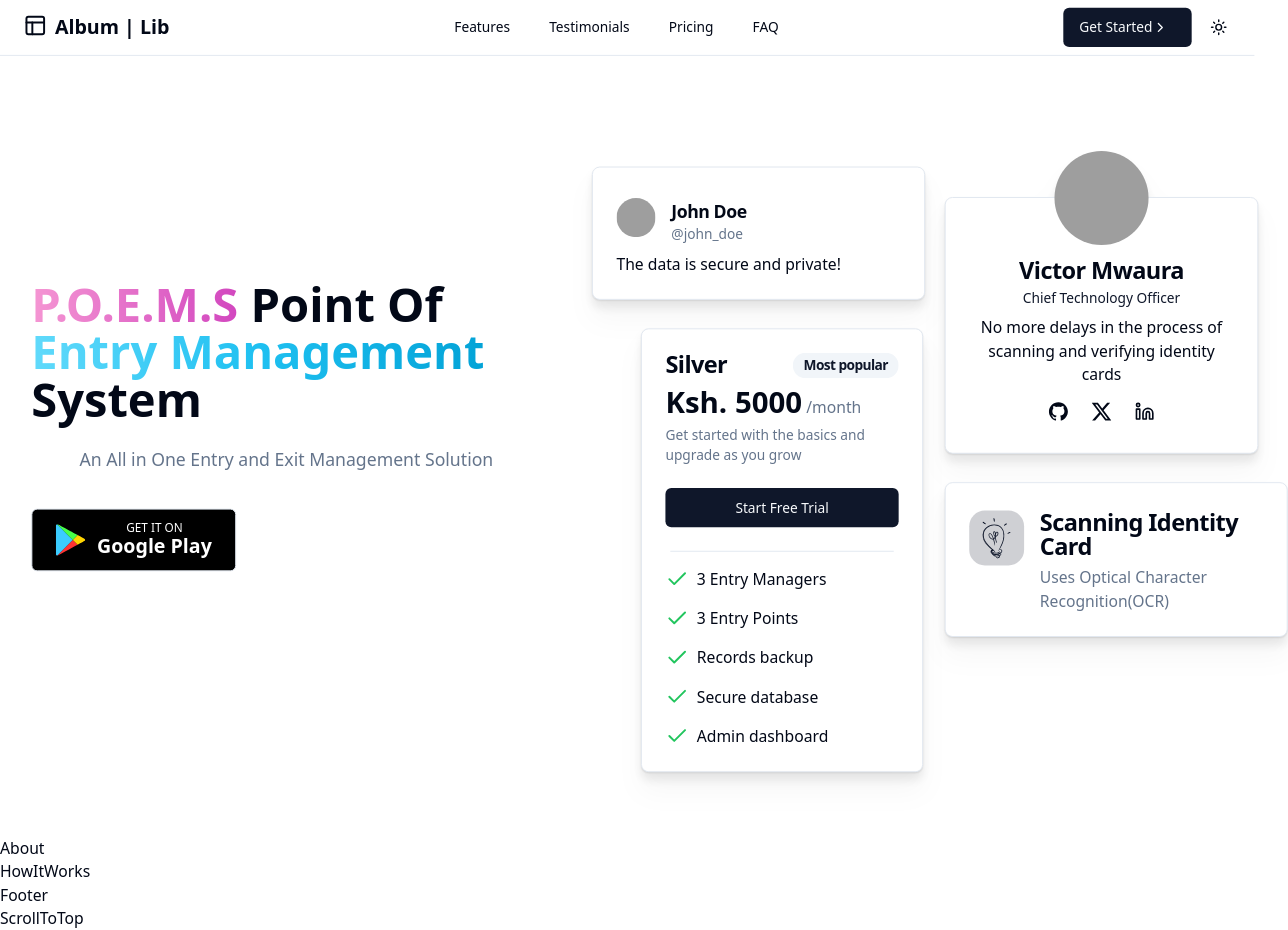
Repository: DevLaukey/savannah-informatics-test
Page: /
These files come from the project's save history. The page is drawn as it stood at one moment and after the next save; the edit follows.
The browser window is 1280 px wide. The page is 1314 px wide, so the pictures cover 1314 px, including what lies to the right of the window. The pictures show the whole page, at 98% of full size.
Pictures or frames that could not be fetched are drawn as grey boxes. The project was rebuilt for these pictures with package versions that can differ from the ones it lists, and the page was loaded fresh each time. The framework's server and built-in components were replaced by stand-ins that run in the browser. Also part of the build but not shown: next.config.mjs.

Above is the page before, as saved 2024-06-04 21:52:54.

### app/layout.jsx
import "./globals.css";
import { Inter as FontSans } from "next/font/google";

import { cn } from "@/lib/utils";
import { ThemeProvider } from "@/lib/theme-provider";

const fontSans = FontSans({
  subsets: ["latin"],
  variable: "--font-sans",
});

export default function RootLayout({ children }) {
  return (
    <html lang="en" suppressHydrationWarning>
      <head />
      <body
        className={cn(
          "min-h-screen bg-background font-sans antialiased",
          fontSans.variable
        )}
      >
        <ThemeProvider
          attribute="class"
          defaultTheme="system"
          enableSystem
          disableTransitionOnChange
        >
          {children}
        </ThemeProvider>
      </body>
    </html>
  );
}

### app/page.jsx
import Footer from "@/components/Footer";
import About from "@/components/landing-page/About";
import Hero from "@/components/landing-page/Hero";
import HowItWorks from "@/components/landing-page/HowItWorks";
import Navbar from "@/components/Navbar";
import ScrollToTop from "@/components/ScrollToTop";


// this is the landing page
export default function Home() {
  return (
    <>
      <Navbar />
      <Hero />
      <About />
      <HowItWorks />
      <Footer />
      <ScrollToTop />
    </>
  );
}

### components/landing-page/Hero.jsx
import { HeroCards } from "./HeroCards";
import { buttonVariants } from "@/components/ui/button";

const Hero = () => {
  return (
    <section className="container grid grid-cols-1 md:grid-cols-2 place-items-center py-20 md:py-32 gap-10">
      <div className="text-center md:text-left space-y-6">
        <main className="text-3xl md:text-5xl font-bold">
          <h1 className="inline-block">
            <span className="inline bg-gradient-to-r from-[#F596D3] to-[#D247BF] text-transparent bg-clip-text">
              P.O.E.M.S
            </span>{" "}
            Point
          </h1>{" "}
          Of{" "}
          <h2 className="inline-block">
            <span className="inline bg-gradient-to-r from-[#61DAFB] via-[#1fc0f1] to-[#03a3d7] text-transparent bg-clip-text">
              Entry Management
            </span>{" "}
            System
          </h2>
        </main>

        <p className="text-lg text-muted-foreground md:w-10/12 mx-auto">
          An All in One Entry and Exit Management Solution
        </p>

        <div className="space-y-4 md:space-y-0 md:space-x-4">
          <button
            type="button"
            className={`flex items-center justify-center w-full md:w-auto mt-3 text-white bg-black rounded-lg h-14 md:h-16 px-6 ${buttonVariants(
              {
                variant: "outline",
              }
            )}`}
          >
            <div className="mr-3">
              <svg viewBox="30 336.7 120.9 129.2" width="30">
                <path
                  fill="#FFD400"
                  d="M119.2,421.2c15.3-8.4,27-14.8,28-15.3c3.2-1.7,6.5-6.2,0-9.7  c-2.1-1.1-13.4-7.3-28-15.3l-20.1,20.2L119.2,421.2z"
                ></path>
                <path
                  fill="#FF3333"
                  d="M99.1,401.1l-64.2,64.7c1.5,0.2,3.2-0.2,5.2-1.3  c4.2-2.3,48.8-26.7,79.1-43.3L99.1,401.1L99.1,401.1z"
                ></path>
                <path
                  fill="#48FF48"
                  d="M99.1,401.1l20.1-20.2c0,0-74.6-40.7-79.1-43.1  c-1.7-1-3.6-1.3-5.3-1L99.1,401.1z"
                ></path>
                <path
                  fill="#3BCCFF"
                  d="M99.1,401.1l-64.3-64.3c-2.6,0.6-4.8,2.9-4.8,7.6  c0,7.5,0,107.5,0,113.8c0,4.3,1.7,7.4,4.9,7.7L99.1,401.1z"
                ></path>
              </svg>
            </div>
            <div>
              <div className="text-xs">GET IT ON</div>
              <div className="-mt-1 font-sans text-base md:text-xl font-semibold">
                Google Play
              </div>
            </div>
          </button>
        </div>
      </div>

      {/* Hero cards sections */}
      <div className="z-10">
        <HeroCards />
      </div>

      {/* Shadow effect */}
      <div className="shadow"></div>
    </section>
  );
};

export default Hero;

### components/landing-page/HowItWorks.jsx
import React from 'react'

function HowItWorks() {
  return (
    <div>HowItWorks</div>
  )
}

export default HowItWorks

### components/Navbar.jsx
"use client";
import React, { useState } from "react";
import {
  NavigationMenu,
  NavigationMenuItem,
  NavigationMenuList,
} from "@/components/ui/navigation-menu";
import {
  Sheet,
  SheetContent,
  SheetHeader,
  SheetTitle,
  SheetTrigger,
} from "@/components/ui/sheet";
import { Button, buttonVariants } from "./ui/button";
import { ChevronRight, Menu } from "lucide-react";
import ModeToggle from "./mode-toggle";
import { LogoIcon } from "./Icons";

const routeList = [
  {
    href: "#features",
    label: "Features",
  },
  {
    href: "#testimonials",
    label: "Testimonials",
  },
  {
    href: "#pricing",
    label: "Pricing",
  },
  {
    href: "#faq",
    label: "FAQ",
  },
];

const Navbar = () => {
  const [isOpen, setIsOpen] = useState(false);
  return (
    <header className="sticky border-b-[1px] top-0 z-40 w-full bg-white dark:border-b-slate-700 dark:bg-background">
      <NavigationMenu className="mx-auto">
        <NavigationMenuList className="container h-14 px-4 w-screen flex justify-between">
          <NavigationMenuItem className="font-bold flex">
            <a
              rel="noreferrer noopener"
              href="/"
              className="ml-2 font-bold text-xl flex"
            >
              <LogoIcon />
              Album | Lib
            </a>
          </NavigationMenuItem>

          {/* mobile */}
          <span className="flex md:hidden">
            <ModeToggle />

            <Sheet open={isOpen} onOpenChange={setIsOpen}>
              <SheetTrigger className="px-2">
                <Menu
                  className="flex md:hidden h-5 w-5"
                  onClick={() => setIsOpen(true)}
                >
                  <span className="sr-only">Menu Icon</span>
                </Menu>
              </SheetTrigger>

              <SheetContent side={"left"}>
                <SheetHeader>
                  <SheetTitle className="font-bold text-xl">
                    Shadcn/React
                  </SheetTitle>
                </SheetHeader>
                <nav className="flex flex-col justify-center items-center gap-2 mt-4">
                  {routeList.map(({ href, label }) => (
                    <a
                      rel="noreferrer noopener"
                      key={label}
                      href={href}
                      onClick={() => setIsOpen(false)}
                      className={buttonVariants({ variant: "ghost" })}
                    >
                      {label}
                    </a>
                  ))}
                  <Button>
                    Get Started
                    <ChevronRight className="mr-2 h-4 w-4" />
                  </Button>
                </nav>
              </SheetContent>
            </Sheet>
          </span>

          {/* desktop */}
          <nav className="hidden md:flex gap-2">
            {routeList.map((route, i) => (
              <a
                rel="noreferrer noopener"
                href={route.href}
                key={i}
                className={`text-[17px] ${buttonVariants({
                  variant: "ghost",
                })}`}
              >
                {route.label}
              </a>
            ))}
          </nav>

          <div className="hidden md:flex gap-2">
            <Button>
              Get Started
              <ChevronRight className="mr-2 h-4 w-4" />
            </Button>
            <ModeToggle />
          </div>
        </NavigationMenuList>
      </NavigationMenu>
    </header>
  );
};
export default Navbar;

### components/ScrollToTop.jsx
import React from 'react'

function ScrollToTop() {
  return (
    <div>ScrollToTop</div>
  )
}

export default ScrollToTop

### components/ui/button.jsx
import * as React from "react"
import { Slot } from "@radix-ui/react-slot"
import { cva } from "class-variance-authority";

import { cn } from "@/lib/utils"

const buttonVariants = cva(
  "inline-flex items-center justify-center whitespace-nowrap rounded-md text-sm font-medium ring-offset-background transition-colors focus-visible:outline-none focus-visible:ring-2 focus-visible:ring-ring focus-visible:ring-offset-2 disabled:pointer-events-none disabled:opacity-50",
  {
    variants: {
      variant: {
        default: "bg-primary text-primary-foreground hover:bg-primary/90",
        destructive:
          "bg-destructive text-destructive-foreground hover:bg-destructive/90",
        outline:
          "border border-input bg-background hover:bg-accent hover:text-accent-foreground",
        secondary:
          "bg-secondary text-secondary-foreground hover:bg-secondary/80",
        ghost: "hover:bg-accent hover:text-accent-foreground",
        link: "text-primary underline-offset-4 hover:underline",
      },
      size: {
        default: "h-10 px-4 py-2",
        sm: "h-9 rounded-md px-3",
        lg: "h-11 rounded-md px-8",
        icon: "h-10 w-10",
      },
    },
    defaultVariants: {
      variant: "default",
      size: "default",
    },
  }
)

const Button = React.forwardRef(({ className, variant, size, asChild = false, ...props }, ref) => {
  const Comp = asChild ? Slot : "button"
  return (
    (<Comp
      className={cn(buttonVariants({ variant, size, className }))}
      ref={ref}
      {...props} />)
  );
})
Button.displayName = "Button"

export { Button, buttonVariants }

### components/ui/sheet.jsx
"use client";
import * as React from "react"
import * as SheetPrimitive from "@radix-ui/react-dialog"
import { cva } from "class-variance-authority";
import { X } from "lucide-react"

import { cn } from "@/lib/utils"

const Sheet = SheetPrimitive.Root

const SheetTrigger = SheetPrimitive.Trigger

const SheetClose = SheetPrimitive.Close

const SheetPortal = SheetPrimitive.Portal

const SheetOverlay = React.forwardRef(({ className, ...props }, ref) => (
  <SheetPrimitive.Overlay
    className={cn(
      "fixed inset-0 z-50 bg-black/80  data-[state=open]:animate-in data-[state=closed]:animate-out data-[state=closed]:fade-out-0 data-[state=open]:fade-in-0",
      className
    )}
    {...props}
    ref={ref} />
))
SheetOverlay.displayName = SheetPrimitive.Overlay.displayName

const sheetVariants = cva(
  "fixed z-50 gap-4 bg-background p-6 shadow-lg transition ease-in-out data-[state=open]:animate-in data-[state=closed]:animate-out data-[state=closed]:duration-300 data-[state=open]:duration-500",
  {
    variants: {
      side: {
        top: "inset-x-0 top-0 border-b data-[state=closed]:slide-out-to-top data-[state=open]:slide-in-from-top",
        bottom:
          "inset-x-0 bottom-0 border-t data-[state=closed]:slide-out-to-bottom data-[state=open]:slide-in-from-bottom",
        left: "inset-y-0 left-0 h-full w-3/4 border-r data-[state=closed]:slide-out-to-left data-[state=open]:slide-in-from-left sm:max-w-sm",
        right:
          "inset-y-0 right-0 h-full w-3/4  border-l data-[state=closed]:slide-out-to-right data-[state=open]:slide-in-from-right sm:max-w-sm",
      },
    },
    defaultVariants: {
      side: "right",
    },
  }
)

const SheetContent = React.forwardRef(({ side = "right", className, children, ...props }, ref) => (
  <SheetPortal>
    <SheetOverlay />
    <SheetPrimitive.Content ref={ref} className={cn(sheetVariants({ side }), className)} {...props}>
      {children}
      <SheetPrimitive.Close
        className="absolute right-4 top-4 rounded-sm opacity-70 ring-offset-background transition-opacity hover:opacity-100 focus:outline-none focus:ring-2 focus:ring-ring focus:ring-offset-2 disabled:pointer-events-none data-[state=open]:bg-secondary">
        <X className="h-4 w-4" />
        <span className="sr-only">Close</span>
      </SheetPrimitive.Close>
    </SheetPrimitive.Content>
  </SheetPortal>
))
SheetContent.displayName = SheetPrimitive.Content.displayName

const SheetHeader = ({
  className,
  ...props
}) => (
  <div
    className={cn("flex flex-col space-y-2 text-center sm:text-left", className)}
    {...props} />
)
SheetHeader.displayName = "SheetHeader"

const SheetFooter = ({
  className,
  ...props
}) => (
  <div
    className={cn("flex flex-col-reverse sm:flex-row sm:justify-end sm:space-x-2", className)}
    {...props} />
)
SheetFooter.displayName = "SheetFooter"

const SheetTitle = React.forwardRef(({ className, ...props }, ref) => (
  <SheetPrimitive.Title
    ref={ref}
    className={cn("text-lg font-semibold text-foreground", className)}
    {...props} />
))
SheetTitle.displayName = SheetPrimitive.Title.displayName

const SheetDescription = React.forwardRef(({ className, ...props }, ref) => (
  <SheetPrimitive.Description
    ref={ref}
    className={cn("text-sm text-muted-foreground", className)}
    {...props} />
))
SheetDescription.displayName = SheetPrimitive.Description.displayName

export {
  Sheet,
  SheetPortal,
  SheetOverlay,
  SheetTrigger,
  SheetClose,
  SheetContent,
  SheetHeader,
  SheetFooter,
  SheetTitle,
  SheetDescription,
}

### components/mode-toggle.jsx
import React from "react";
import { Button } from "@/components/ui/button";
import {
  DropdownMenu,
  DropdownMenuContent,
  DropdownMenuItem,
  DropdownMenuTrigger,
} from "@/components/ui/dropdown-menu";
import { useTheme } from "@/lib/theme-provider";
import { Moon, Sun } from "lucide-react";

export default function ModeToggle() {
  const { setTheme } = useTheme();

  return (
    <DropdownMenu>
      <DropdownMenuTrigger asChild>
        <Button variant="ghost" size="icon" className="ghost">
          <Sun className="h-[1.1rem] w-[1.2rem] rotate-0 scale-100 transition-all dark:-rotate-90 dark:scale-0" />
          <Moon className="absolute h-[1.1rem] w-[1.2rem] rotate-90 scale-0 transition-all dark:rotate-0 dark:scale-100" />
          <span className="sr-only">Toggle theme</span>
        </Button>
      </DropdownMenuTrigger>
      <DropdownMenuContent align="end">
        <DropdownMenuItem onClick={() => setTheme("light")}>
          Light
        </DropdownMenuItem>
        <DropdownMenuItem onClick={() => setTheme("dark")}>
          Dark
        </DropdownMenuItem>
        <DropdownMenuItem onClick={() => setTheme("system")}>
          System
        </DropdownMenuItem>
      </DropdownMenuContent>
    </DropdownMenu>
  );
}

### components/Icons.jsx
export const LogoIcon = () => {
  return (
    <svg
      xmlns="http://www.w3.org/2000/svg"
      viewBox="0 0 24 24"
      fill="none"
      stroke="currentColor"
      strokeWidth="2"
      strokeLinecap="round"
      strokeLinejoin="round"
      className="lucide lucide-panels-top-left mr-2 w-6 h-6"
    >
      <rect width="18" height="18" x="3" y="3" rx="2" />
      <path d="M3 9h18" />
      <path d="M9 21V9" />
    </svg>
  );
};

### components/ui/avatar.jsx
"use client"

import * as React from "react"
import * as AvatarPrimitive from "@radix-ui/react-avatar"

import { cn } from "@/lib/utils"

const Avatar = React.forwardRef(({ className, ...props }, ref) => (
  <AvatarPrimitive.Root
    ref={ref}
    className={cn("relative flex h-10 w-10 shrink-0 overflow-hidden rounded-full", className)}
    {...props} />
))
Avatar.displayName = AvatarPrimitive.Root.displayName

const AvatarImage = React.forwardRef(({ className, ...props }, ref) => (
  <AvatarPrimitive.Image
    ref={ref}
    className={cn("aspect-square h-full w-full", className)}
    {...props} />
))
AvatarImage.displayName = AvatarPrimitive.Image.displayName

const AvatarFallback = React.forwardRef(({ className, ...props }, ref) => (
  <AvatarPrimitive.Fallback
    ref={ref}
    className={cn(
      "flex h-full w-full items-center justify-center rounded-full bg-muted",
      className
    )}
    {...props} />
))
AvatarFallback.displayName = AvatarPrimitive.Fallback.displayName

export { Avatar, AvatarImage, AvatarFallback }

### components/ui/badge.jsx
import * as React from "react"
import { cva } from "class-variance-authority";

import { cn } from "@/lib/utils"

const badgeVariants = cva(
  "inline-flex items-center rounded-full border px-2.5 py-0.5 text-xs font-semibold transition-colors focus:outline-none focus:ring-2 focus:ring-ring focus:ring-offset-2",
  {
    variants: {
      variant: {
        default:
          "border-transparent bg-primary text-primary-foreground hover:bg-primary/80",
        secondary:
          "border-transparent bg-secondary text-secondary-foreground hover:bg-secondary/80",
        destructive:
          "border-transparent bg-destructive text-destructive-foreground hover:bg-destructive/80",
        outline: "text-foreground",
      },
    },
    defaultVariants: {
      variant: "default",
    },
  }
)

function Badge({
  className,
  variant,
  ...props
}) {
  return (<div className={cn(badgeVariants({ variant }), className)} {...props} />);
}

export { Badge, badgeVariants }

### components/ui/card.jsx
import * as React from "react"

import { cn } from "@/lib/utils"

const Card = React.forwardRef(({ className, ...props }, ref) => (
  <div
    ref={ref}
    className={cn("rounded-lg border bg-card text-card-foreground shadow-sm", className)}
    {...props} />
))
Card.displayName = "Card"

const CardHeader = React.forwardRef(({ className, ...props }, ref) => (
  <div
    ref={ref}
    className={cn("flex flex-col space-y-1.5 p-6", className)}
    {...props} />
))
CardHeader.displayName = "CardHeader"

const CardTitle = React.forwardRef(({ className, ...props }, ref) => (
  <h3
    ref={ref}
    className={cn("text-2xl font-semibold leading-none tracking-tight", className)}
    {...props} />
))
CardTitle.displayName = "CardTitle"

const CardDescription = React.forwardRef(({ className, ...props }, ref) => (
  <p
    ref={ref}
    className={cn("text-sm text-muted-foreground", className)}
    {...props} />
))
CardDescription.displayName = "CardDescription"

const CardContent = React.forwardRef(({ className, ...props }, ref) => (
  <div ref={ref} className={cn("p-6 pt-0", className)} {...props} />
))
CardContent.displayName = "CardContent"

const CardFooter = React.forwardRef(({ className, ...props }, ref) => (
  <div
    ref={ref}
    className={cn("flex items-center p-6 pt-0", className)}
    {...props} />
))
CardFooter.displayName = "CardFooter"

export { Card, CardHeader, CardFooter, CardTitle, CardDescription, CardContent }

Loaded but not shown: app/globals.css (common file); lib/utils.js (common file); components/Footer.jsx (common file); components/landing-page/About.jsx (common file); tailwind.config.js (82 lines, source omitted); lib/theme-provider.js (60 lines, source omitted); components/landing-page/LightBulbIcon.jsx (73 lines, source omitted); components/ui/dropdown-menu.jsx (157 lines, source omitted); components/landing-page/HeroCards.jsx (164 lines, source omitted); components/ui/navigation-menu.jsx (104 lines, source omitted)

After the next save:
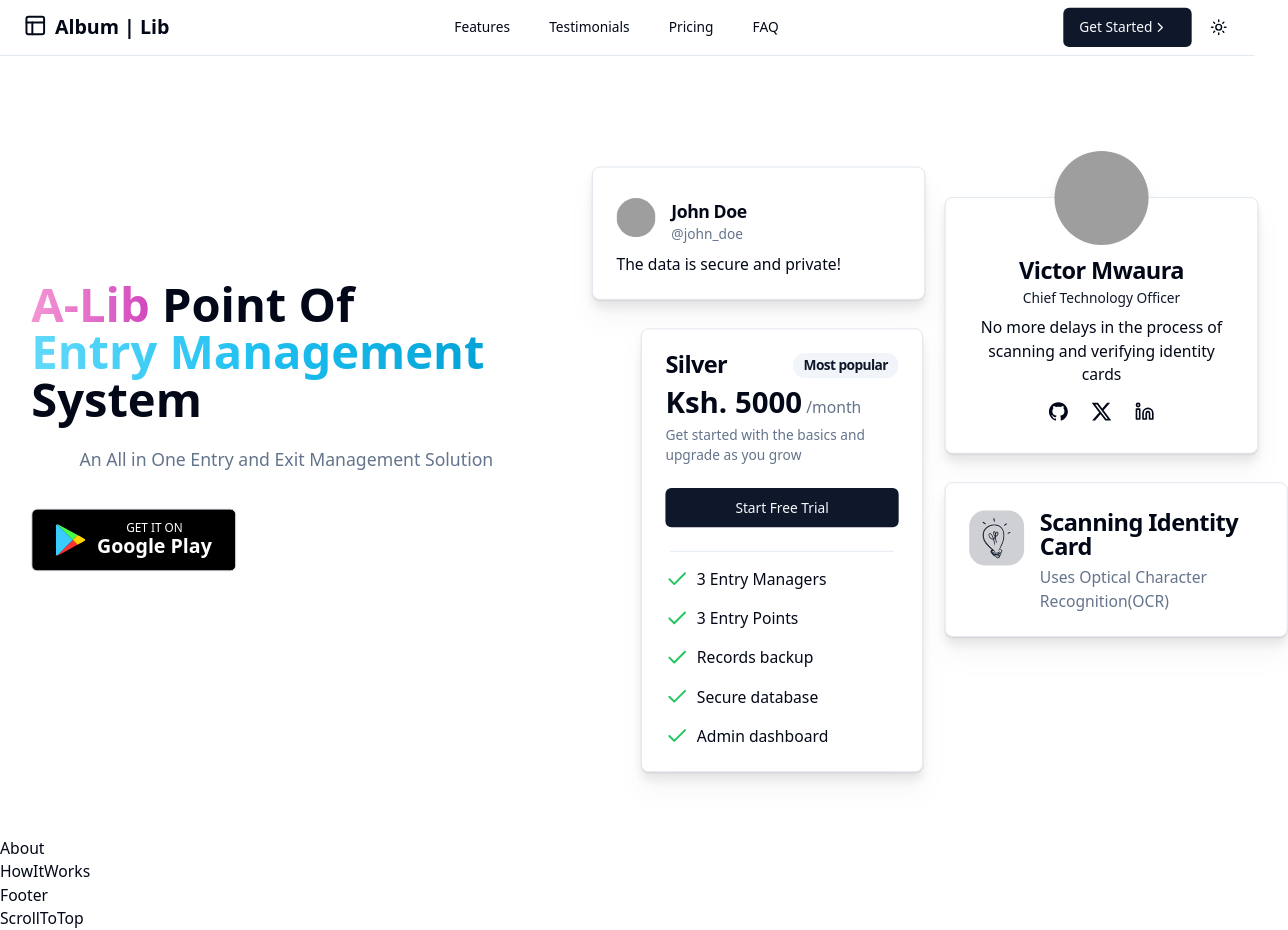
Saved 14 s later.
--- a/components/landing-page/Hero.jsx
+++ b/components/landing-page/Hero.jsx
@@ -8,7 +8,7 @@ const Hero = () => {
         <main className="text-3xl md:text-5xl font-bold">
           <h1 className="inline-block">
             <span className="inline bg-gradient-to-r from-[#F596D3] to-[#D247BF] text-transparent bg-clip-text">
-              P.O.E.M.S
+             A-Lib
             </span>{" "}
             Point
           </h1>{" "}
